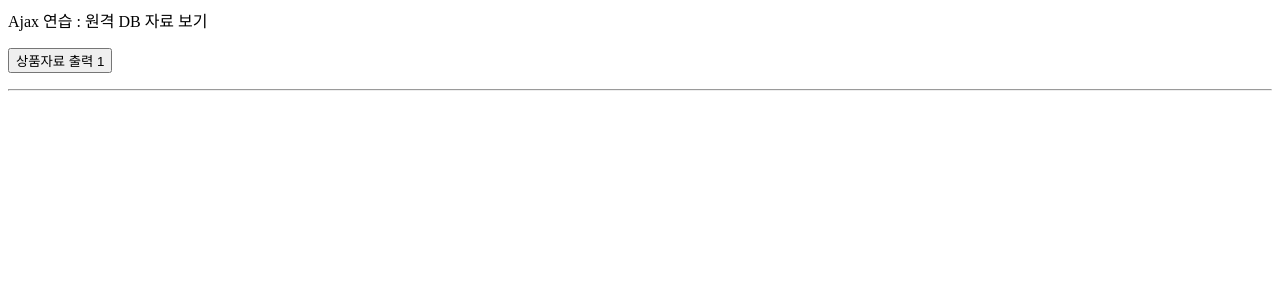
Repository: Jong-hp/Python
Page: django11_ajax_db/myajax/templates/list.html
An editor plug-in stored every save of this project. The page is shown before and after the next save, followed by the edit.
The browser window is 1280 px wide. The pictures show the whole page.

Above is the page before, as saved 2022-10-20 03:16:05.

After the next save:
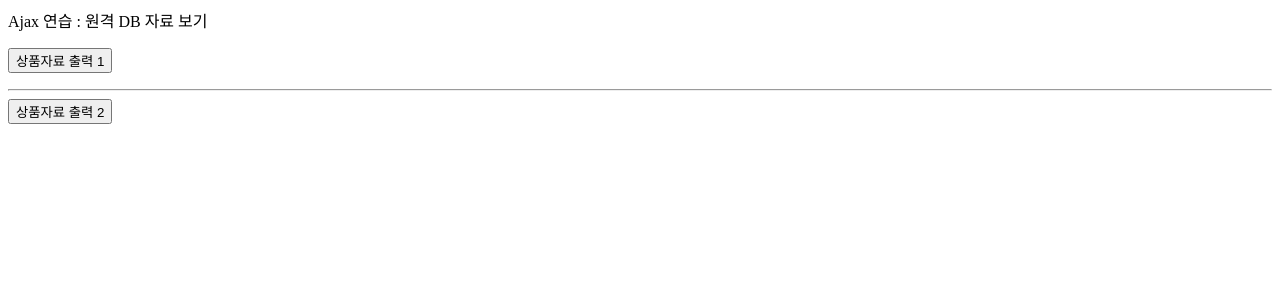
Saved 30 s later.
--- a/django11_ajax_db/myajax/templates/list.html
+++ b/django11_ajax_db/myajax/templates/list.html
@@ -17,5 +17,8 @@ Ajax 연습 : 원격 DB 자료 보기<p/>
 <br>
 <div id="showData1"></div>
 <hr>
+<button id="btnOk2">상품자료 출력 2</button>
+<br>
+<div id="showData2"></div>
 </body>
 </html>
